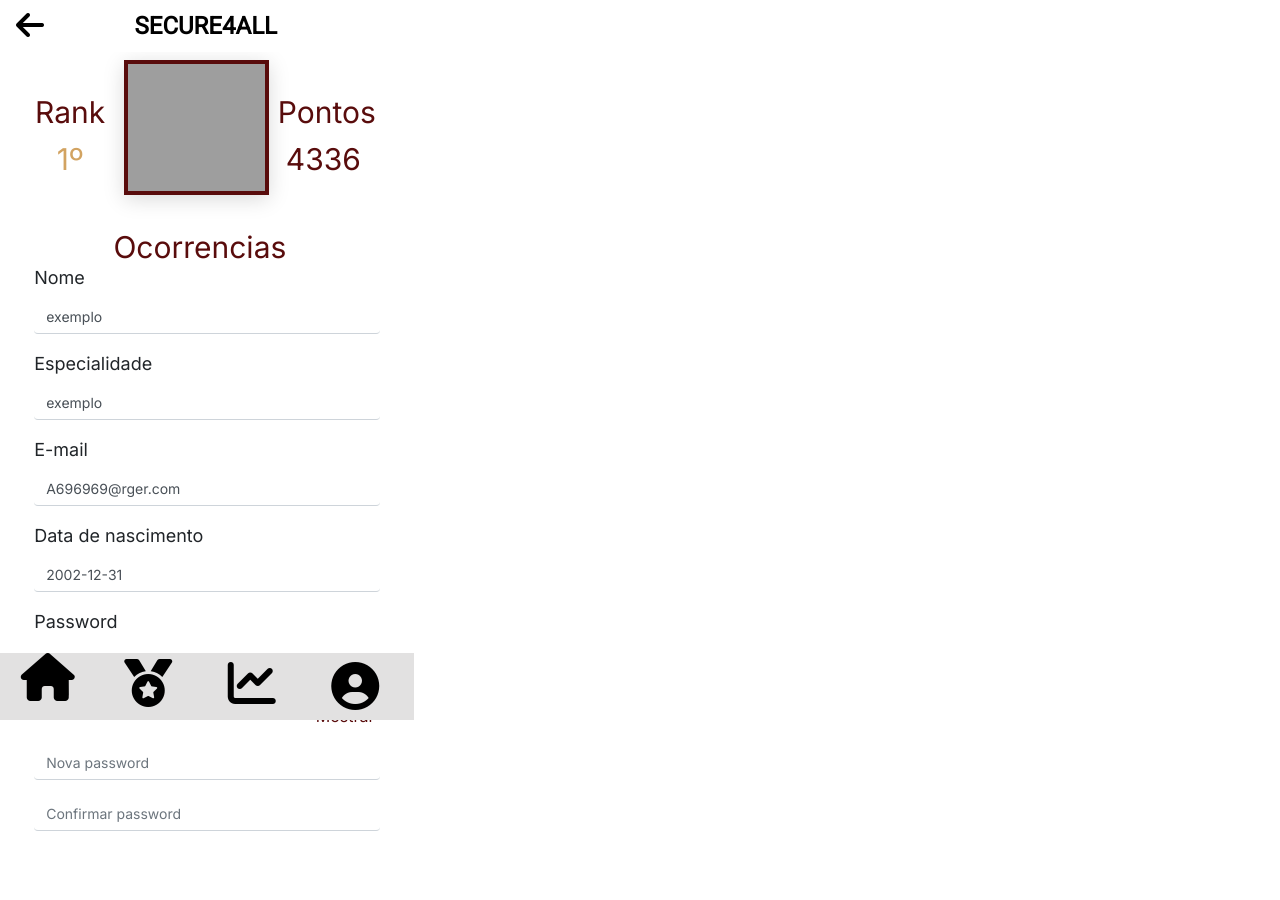
Repository: grupodetrabalhoeficiente/D213
Page: D213/Frontend/Perfil.html
The author's editor kept a record of every edit. The page is drawn from the files as they stood at one moment, then again after the next edit.
The browser window is 1280 px wide. The pictures show the whole page.
Pictures or frames that could not be fetched are drawn as grey boxes. Some web libraries are served in a nearby version.

Above is the page before.

### D213/Frontend/Perfil.html
<!DOCTYPE html>
<html>

<head>
    <meta charset="utf-8">
    <meta name="viewport" content="width=device-width, initial-scale=1, maximum-scale=1, user-scalable=no">
    <link href="https://fonts.googleapis.com/css?family=Inter&display=swap" rel="stylesheet" />
    <link href="https://fonts.googleapis.com/css?family=Roboto&display=swap" rel="stylesheet" />
    <link rel="stylesheet" href="https://stackpath.bootstrapcdn.com/bootstrap/4.5.2/css/bootstrap.min.css" integrity="sha384-JcKb8q3iqJ61gNV9KGb8thSsNjpSL0n8PARn9HuZOnIxN0hoP+VmmDGMN5t9UJ0Z" crossorigin="anonymous">
    <script src="https://kit.fontawesome.com/e195162fd2.js" crossorigin="anonymous"></script>
    <link href="./Perfil.css" rel="stylesheet" />
    <title>Document</title>
</head>

<body>
    <div class="frame container" id="frameId">
        <nav class="navbar fixed-top">
            <a><i id="goBack"class="fas fa-arrow-left fa-2x"></i></a>
            <span class="title">SECURE4ALL</span>
        </nav>
         <div id="scoreDiv">
            <span id="perfilRank" class="headingPerfil">Rank</span>
            <span id="perfilClassificacao" class="headingPerfil">1º</span>
            <span id="perfilPontosTxt" class="headingPerfil">Pontos</span>
            <span id="perfilPontos" class="headingPerfil">4336</span>
        </div>
        <div id="perfilImage"></div>
        <form action="/profile" method="post" enctype="multipart/form-data" class="uploadImage">
              <input type="file" name="avatar"/>
        </form>
        <div id="ocorrenciasDiv">
            <button id="ocorrenciasButton" class="buttonInput headingPerfil btn">Ocorrencias</button>
        </div>
        <form id="perfilForm" name="perfil-Form" action="https://bdc5dcf6bca04b39ab10a706cdb79f29.vfs.cloud9.us-east-1.amazonaws.com/operational/:operational_id" method="put">
            <div class="form-group">
                <label id="labelperfilNome" for="perfilNome" class="labelPerfil"> Nome</label>
                <input id="perfilNome" class="inputPerfil form-control border-top-0 border-left-0 border-right-0" type="text" disabled value="exemplo"></input>
            </div>
            <div class="form-group">
                <label id="labelperfilEspecialidade" for="perfilEspecialidade" class="labelPerfil">Especialidade</label>
                <input id="perfilEspecialidade" class="inputPerfil form-control border-top-0 border-left-0 border-right-0" type="text" disabled value="exemplo"></span>
            </div>
            <div class="form-group">
                <label id="labelperfilEmail" for="perfilEmail" class="labelPerfil"> E-mail</label>
                <input id="perfilEmail" class="inputPerfil form-control border-top-0 border-left-0 border-right-0" type="email" disabled value="A696969@rger.com"></input>
            </div>
            <div class="form-group">
                <label id="labelperfilNascimento" for="perfilNascimento" class="labelPerfil">Data de nascimento</label>
                <input id="perfilNascimento" class="inputPerfil form-control border-top-0 border-left-0 border-right-0" type="datetime" disabled value="2002-12-31"></input>
            </div>
            <div class="form-group">
                <label id="labelperfilPassword" for="perfilPassword" class="labelPerfil">Password</label>
                <input id="perfilPassword" class="inputPerfil form-control border-top-0 border-left-0 border-right-0" type="password" disabled value="password"></input>
            </div>
            <div class="form-group">
                <label id="labelChangePassword" for="perfilChangePassword" class="labelPerfil">Alterar password</label>
            </div>
            <div class="form-group">
                <label id="labelperfilNewPassword" for="perfilNewPassword" class="labelPerfil">Nova password</label>
                <input id="perfilNewPassword" name="newPassword" class="inputPerfil form-control border-top-0 border-left-0 border-right-0" type="password" Placeholder="Nova password">
                <button id="viewTxt" class="btn buttonInput" type="button">Mostrar</button>
                </input>
            </div>
            <div class="form-group">
                <label id="labelperfilConfirmPassword" for="perfilNewPassword" class="labelPerfil">Confirmar password</label>
                <input id="perfilConfirmPassword" name="confirmPassword"class="inputPerfil form-control border-top-0 border-left-0 border-right-0" type="password" Placeholder="Confirmar password"></input>
                <input id="confirmPassword" class="btn buttonInput" type="submit" value="Confirmar"></input>
            </div>
        </form>
        <nav class="menubar fixed-bottom">
            <ul class="nav navbar-nav">
                <li><a href="MenuPrincipal.html"><i class="fa fa-home fa-3x"></i></a></li>
                <li><a href="Ranks.html"><i class="fa fa-medal fa-3x"></i></a></li>
                <li><a href="HistoricoOcorrencias.html"><i class="fa fa-chart-line fa-3x"></i></a></li>
                <li><a href="Perfil.html"><i class="fas fa-user-circle fa-3x"></i></a></li>
            </ul>
        </nav>
    </div>

    <div id="errorFrame" class="hidden">
        <div id="errorBoxClass" class="errorBoxClass">
            <span id="errorTxtClass" class="errorTxtClass text-center">Erro!</span>
            <span id="textTxt" class="hidden">Password diferente da confirmação</span>
            <span id="textTxt1" class="hidden">Preencha ambos os campos</span>
        </div>
            <div id="confirmBoxId"class="confirmBoxClass">
                <button id="confirmarTxtId" class="confirmarTxtClass text-center" type="button">Confirmar</button>
            </div>
    </div>
    <script type="text/javascript" src="Perfil.js"></script>
    <script src="https://code.jquery.com/jquery-3.5.1.slim.min.js" integrity="sha384-DfXdz2htPH0lsSSs5nCTpuj/zy4C+OGpamoFVy38MVBnE+IbbVYUew+OrCXaRkfj" crossorigin="anonymous"></script>
    <script type="text/javascript" src="./fetch/operational.controller.js"></script>
</body>

</html>

### D213/Frontend/Perfil.css
.hidden{
  display: none;
}
.text-center{
  display: block;
  margin-left: auto;
  margin-right: auto;
  position:relative;
  text-align: center;
}
.frame {
  width:100%;
  max-width: 414px;
  height: 900px;
  background: rgba(255,255,255,1);
  opacity: 1;
  position: absolute;
  overflow: hidden;
}
.navbar{
  background-color: rgba(255,255,255,1);
  z-index:3;
  overflow: hidden;
  width:100%;
  max-width:414px;
}
.fa-arrow-left {
  color:black;
  opacity: 1;
  position: relative;
}
.title {
  color: rgba(0,0,0,1);
  font-family: Roboto;
  font-weight:Bolder;
  font-size: 24px;
  opacity: 1;
  z-index:1;
  position:relative;
  margin-left:auto;
  margin-right:auto;
  right:4%;
}
.inputPerfil{
  width: 100%;
  background-color: rgba(255,255,255,1)!important;
  position: relative;
  font-family: Inter;
  font-weight: Semi Bold;
  font-size: 14px;
  opacity: 1;
  text-align: left;
}
.labelPerfil{
  background-color: rgba(255,255,255,1);
  position: relative;
  font-family: Inter;
  font-weight: lighter;
  font-size: 18px;
  margin-left:auto;
  margin-right:auto;
}
.buttonInput{
  color: rgba(89,12,12,1);
  position: absolute;
  font-family: Inter;
  font-weight: Medium;
  font-size: 16px;
  border: none;
  background: none;
}
.headingPerfil{
  color: rgba(89,12,12,1);
  position: absolute;
  font-family: Inter;
  font-weight: Semi Bold;
  font-size: 30px;
  opacity: 1;
}
.menubar{
  width:100%;
  max-width:414px;
  background-color: rgba(226,225,225,1);
  z-index:1;
  float: center;
  overflow: hidden;
  height:100%;
  max-height:67px;
  display:block;
}
.menubar i:hover {  /* para brincar um bocado */
  color:red;
}
.fa-home {
    color: rgba(0,0,0,1);
    opacity: 1;
    position: relative;
    top: 10%;
    left:5%;
    z-index:2;
}
.fa-medal {
    color: rgba(0,0,0,1);
    opacity: 1;
    position: absolute;
    bottom: 20%;
    left: 30%;
    z-index:2;
}
.fa-chart-line {
    color: rgba(0,0,0,1);
    opacity: 1;
    position: absolute;
    bottom: 20%;
    left: 55%;
    z-index:2;
}
.fa-user-circle {
    color: rgba(0,0,0,1);
    opacity: 1;
    position: absolute;
    bottom: 15%;
    left: 80%;
    z-index:2;
}
#perfilImage {
  width: 35%;
  height: 135px;
  background: url("../images/v302_3.png");
  opacity: 1;
  position: absolute;
  top: 60px;
  left: 30%;
  border: 4px solid rgba(89,12,12,1);
  box-shadow: 0px 4px 20px rgba(0.3958333432674408, 0.3958333432674408, 0.3958333432674408, 0.15000000596046448);
}
#scoreDiv{
  width: 90%;
  height:13%;
 /* height:181.65px;*/
  top:10%;
  /*top:80px;*/
  position:absolute;
  display:block;
  margin-left:auto;
  margin-right:auto;
}
#perfilClassificacao {
  width: 73px;
  color: rgba(210,163,97,1)!important;
  top:40%;
  left:5%;
  text-align: center;
}
#perfilPontos {
  width: 95px;
  color: rgba(89,12,12,1);
  left:70%;
   top:40%;
  text-align: center;
}
#perfilRank {
  width: 73px;
  color: rgba(89,12,12,1);
  left:5%;
  text-align: center;
}
#perfilPontosTxt {
  width: 102px;
  color: rgba(89,12,12,1);
  left:70%;
  text-align: center;
}
#ocorrenciasDiv{
  width:50%;
  height:5%;
  /*height:48.44px;*/
  top:21%;
  /*top:196px;*/
  left:0%;
  position:relative;
}
#ocorrenciasButton{
  width:100%;
  height:100%;
  left:45%;
}
#perfilForm{
  width: 90%;
  /*height:590px;*/
  top:21%;
  /*top:184px;*/
  position:relative;
  display:block;
  margin-left:auto;
  margin-right:auto;
}
#labelperfilNome {
  width: 52px;
}
#labelperfilEspecialidade {
  width: 122px;
}
#labelperfilEmail {
  width: 60px;
}
#labelperfilNascimento {
  width: 174px;
}
#labelperfilPassword {
  width: 86px;
}
#labelperfilNewPassword {
  width: 135px;
  display: none;
}
#labelperfilConfirmPassword {
  width: 180px;
  display: none;
}
#viewTxt {
  max-width: 70px;
    top: 76.5%;
    left: 78%;
    width: 100%;
}
#confirmPassword {
  max-width: 75px;
  top:95%;
  left:76%;
  width:100%;
  display: none;
}

/* ERROR  PART*/
.errorFrame {
  display: block;
  margin-left: auto;
  margin-right: auto;
  max-width:414px;
  width: 100%;
  height: 100%;
  background: rgba(106,106,106,0.70000001192092896);
  position: fixed;
  overflow: hidden;
  text-align:center;
  z-index:3;
}
.textTxtClass {
  width:100%;
  max-width: 251px;
  color: rgba(0,0,0,1);
  top: 20%;
  font-family: Roboto;
  font-weight: Regular;
  font-size: 15px;
}
#errorBoxClass {
  display: block;
  margin-left: auto;
  margin-right: auto;
  max-width: 344px;
  width:100%;
  height:100%;
  max-height: 64px;
  background: rgba(248,248,248,0.949999988079071);
  position: relative;
  top: 54.25%;
  border: 1px solid rgba(148,147,147,1);
}
#errorTxtClass {
  width: 36px;
  top:10%;
  color: rgba(0,0,0,1);
  font-family: Roboto;
  font-weight: Regular;
  font-size: 15px;
  opacity: 1;
}
#confirmBoxId {
  display: block;
  margin-left: auto;
  margin-right: auto;
  max-width: 344px;
  width:100%;
  max-height: 29px;
  height:100%;
  background: rgba(248,247,247,0.699999988079071);
  position: relative;
  top: 54.25%;
  border: 1px solid rgba(150,149,151,1);
  border-bottom-left-radius: 20px;
  border-bottom-right-radius: 20px;
  overflow: hidden;
}
#confirmarTxtId {
  width:100%;
  top:18%;
  color: rgba(0,0,0,1);
  font-family: Roboto;
  font-weight: Regular;
  font-size: 15px;
  opacity: 1;
  border: none;
  background: none;
}

### D213/Frontend/Perfil.js
let confirmar = document.getElementById("confirmPassword");
confirmar.onclick = confirmPassword;
//"view" Button
let view = document.getElementById("viewTxt");
view.onclick = viewButton;



let confirm = document.getElementById("confirmarTxtId");
confirm.onclick = closeForm;

let back = document.getElementById("goBack");
back.onclick = goBack;

let changeButton = document.getElementById("labelChangePassword");
changeButton.onclick = showNewPassword;
let profileNewPassword = document.getElementById("labelperfilNewPassword");
let profileConfirmPassword = document.getElementById("labelperfilConfirmPassword");
let cPassword = document.getElementById("confirmPassword");
let pcPassword = document.getElementById("perfilConfirmPassword");
let pnPassword = document.getElementById("perfilNewPassword");
let frame = document.getElementById("frameId");
let viewPassword = document.getElementById("viewTxt");

function showNewPassword() {
    profileNewPassword.style.display = "inline";
    profileConfirmPassword.style.display = "inline";
    cPassword.style.display = "inline";
    pcPassword.style.display = "inline";
    pnPassword.style.display = "inline";
    viewPassword.style.display = "inline";
    frame.style.height = "1000px";
}



function goBack() {
    window.history.back();
}

function confirmPassword() {
    openForm();

    /* let count;
     for (count = 0; count < basedadosAtributoMail.length; count++) {
         if (document.getElementById("mail").value === mailBaseDados) {
             for (count = 0; count < basedadosAtributoPassword.length; count++) {
                 if (document.getElementById("password").value === mailPasswordCorrespondente) {
                     window.location.href = "MenuPrincipal.html";
                 }
             }
         }
     }*/
    // window.location.href = "MenuPrincipal.html";
}

//Fuction of the "view" button
function viewButton() {
    let view = document.getElementById("perfilNewPassword");
    if (view.type === "password") {
        view.type = "text";
    }
    else {
        view.type = "password";
    }
}

function openForm() {
    if (document.getElementById("perfilNewPassword").value.length === 0 || document.getElementById("perfilConfirmPassword").value.length === 0) {
        document.getElementById("textTxt1").className = "textTxtClass text-center";
        document.getElementById("textTxt").className = "hidden";
        document.getElementById("errorFrame").className = "errorFrame";
    }
    else {
        if (!(document.getElementById("perfilNewPassword").value == document.getElementById("perfilConfirmPassword").value)) { // condiça para testar no futuro nao +e final
            document.getElementById("textTxt1").className = "hidden";
            document.getElementById("textTxt").className = "textTxtClass text-center";
            document.getElementById("errorFrame").className = "errorFrame";
        }
    }
}

function closeForm() {
    document.getElementById("errorFrame").className = "hidden";
}

Loaded but not shown: D213/Frontend/fetch/operational.controller.js (no copy from this time; the picture is the same without it)

After the next edit:
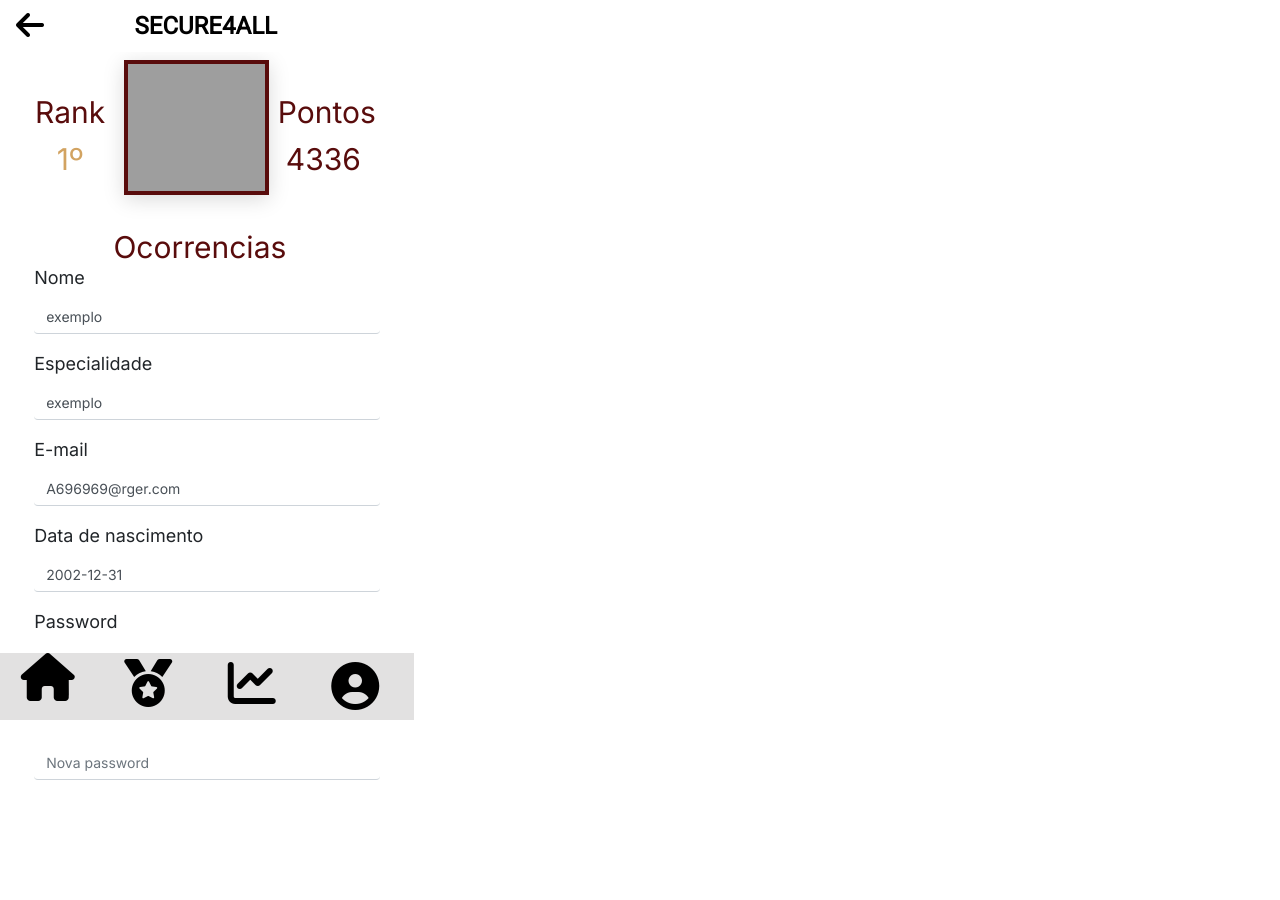
The edit:
--- a/D213/Frontend/Perfil.css
+++ b/D213/Frontend/Perfil.css
@@ -216,6 +216,9 @@
 }
 #labelperfilConfirmPassword {
   width: 180px;
+  display: none;
+}
+#perfilConfirmPassword{
   display: none;
 }
 #viewTxt {
